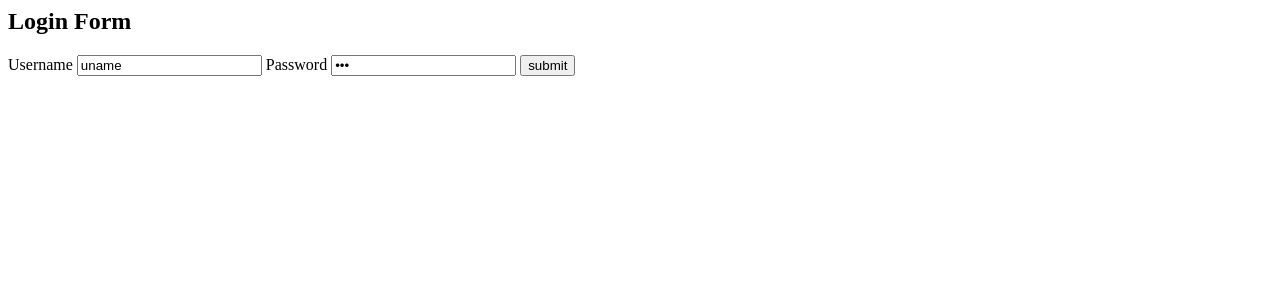
Repository: karthikgm007/JavaBackendGrayMatter
Page: http://localhost/Day9ServletProject/
These files come from the project's save history. The page is drawn as it stood at one moment and after the next save; the edit follows.
The browser window is 1280 px wide. The pictures show the whole page.
The page is served by Tomcat 9.

Above is the page before, as saved 2024-07-25 06:46:57.

After the next save:
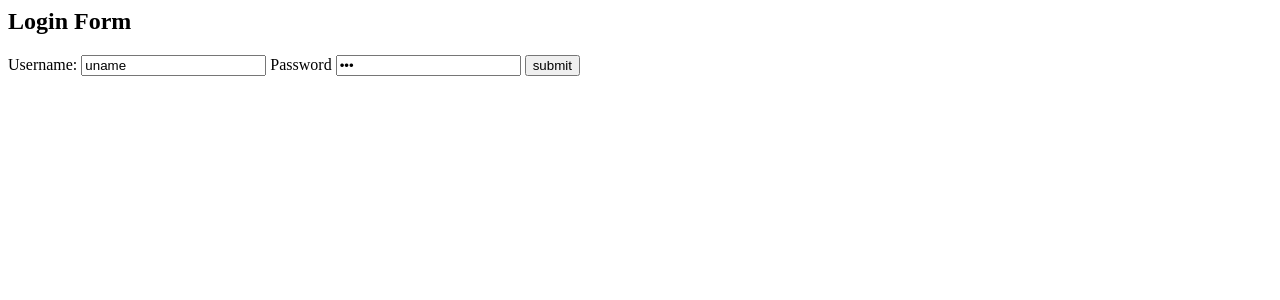
Saved 5 s later.
--- a/Day9ServletProject/src/main/webapp/index.jsp
+++ b/Day9ServletProject/src/main/webapp/index.jsp
@@ -2,7 +2,7 @@
 <body>
 <h2>Login Form</h2>
 <form action = "LoginServlet">
-	<label for = "uname"> Username </label>
+	<label for = "uname"> Username: </label>
 	<input type="text" name="uname" value="uname" id="uname">
 	<label for = "pwd"> Password </label>
 	<input type="password" name="pwd" value="pwd" id="pwd">
